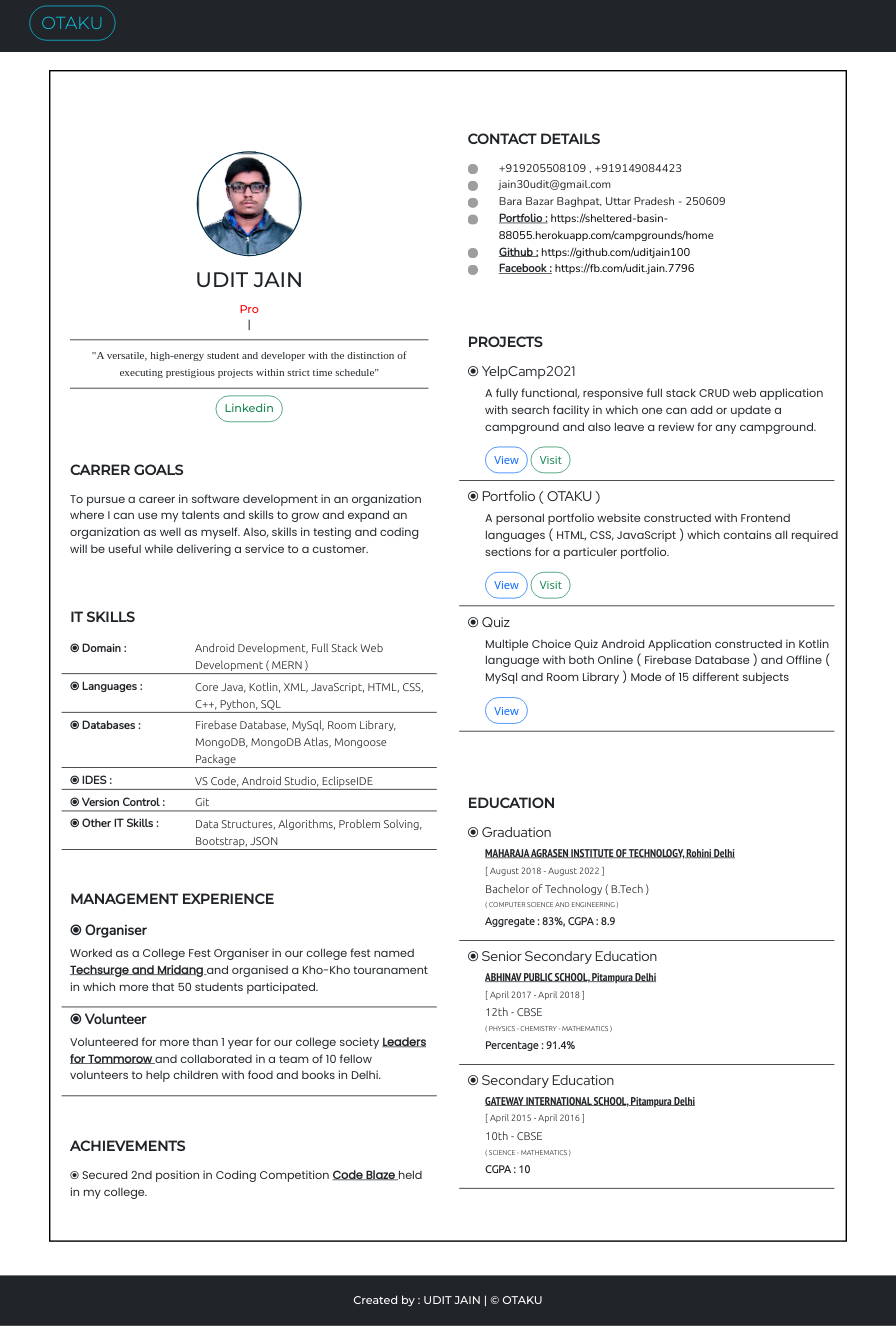
Repository: uditjain100/Responsive-Resume
Page: index.html
The author's editor kept a copy of each file at every save. The page is drawn from the files as they stood at one save, then again after the next save.
The browser window is 1280 px wide. The pictures show the whole page, at 70% of full size.
Pictures or frames that could not be fetched are drawn as grey boxes. Some web fonts or font styles are not loaded; a fallback is used. Some web libraries are served in a nearby version.

Above is the page before, as saved 2021-03-03 10:14:52.

### index.html
<!DOCTYPE html>
<html lang="en">
  <head>
    <meta charset="UTF-8" />
    <meta http-equiv="X-UA-Compatible" content="IE=edge" />
    <meta name="viewport" content="width=device-width, initial-scale=1.0" />
    <title>RESUME : Udit Jain</title>
    <link rel="stylesheet" href="app.css" />
    <script
      src="https://code.jquery.com/jquery-3.5.1.min.js"
      integrity="sha256-9/aliU8dGd2tb6OSsuzixeV4y/faTqgFtohetphbbj0="
      crossorigin="anonymous"
    ></script>
    <link
      href="https://cdn.jsdelivr.net/npm/bootstrap@5.0.0-beta1/dist/css/bootstrap.min.css"
      rel="stylesheet"
      integrity="sha384-giJF6kkoqNQ00vy+HMDP7azOuL0xtbfIcaT9wjKHr8RbDVddVHyTfAAsrekwKmP1"
      crossorigin="anonymous"
    />

    <link rel="preconnect" href="https://fonts.gstatic.com" />
    <link
      href="https://fonts.googleapis.com/css2?family=Montserrat:wght@300;500&display=swap"
      rel="stylesheet"
    />
    <link
      href="https://fonts.googleapis.com/css2?family=Roboto+Slab:wght@300&display=swap"
      rel="stylesheet"
    />
    <link
      href="https://fonts.googleapis.com/css2?family=Spartan:wght@500&display=swap"
      rel="stylesheet"
    />
    <link
      href="https://fonts.googleapis.com/css2?family=Red+Hat+Display&display=swap"
      rel="stylesheet"
    />
    <link
      href="https://fonts.googleapis.com/css2?family=Ubuntu:wght@300&display=swap"
      rel="stylesheet"
    />
    <link
      href="https://fonts.googleapis.com/css2?family=Quicksand:wght@700&display=swap"
      rel="stylesheet"
    />
    <link
      href="https://fonts.googleapis.com/css2?family=Nunito&display=swap"
      rel="stylesheet"
    />
    <link
      href="https://fonts.googleapis.com/css2?family=Akaya+Kanadaka&display=swap"
      rel="stylesheet"
    />
    <link
      href="https://fonts.googleapis.com/css2?family=Akaya+Kanadaka&family=PT+Sans+Narrow:wght@700&display=swap"
      rel="stylesheet"
    />
    <link
      href="https://fonts.googleapis.com/css2?family=Poppins:wght@400&display=swap"
      rel="stylesheet"
    />
  </head>
  <body>
    <header class="header">
      <nav class="navbar navbar-expand-lg navbar-light bg-dark pb-3 fixed-top">
        <div class="container-fluid">
          <a
            id="navtitle"
            class="navbar-brand text-info px-3 rounded-pill border border-info"
            href="#"
            >OTAKU</a
          >
        </div>
      </nav>
    </header>

    <div class="container">
      <div id="wholewindow" class="row">
        <div id="leftwindow" class="col-6">
          <div id="namebox" style="border: none" class="card my-4">
            <img
              id="profileimg"
              src="profile.jpg"
              class="card-img-top"
              alt="..."
            />
            <div class="card-body">
              <h3 class="card-title" style="font-size: 30px; font-weight: 400">
                UDIT JAIN
              </h3>
              <h6 class="card-subtitle mx-auto"></h6>
              <p id="summary">
                "A versatile, high-energy student and developer with the
                distinction of executing prestigious projects within strict time
                schedule"
              </p>
              <a
                href="https://linkedin.com/in/udit-jain-8a38a016a/"
                class="btn btn-outline-success rounded-pill"
                >Linkedin</a
              >
            </div>
          </div>
          <div id="goalbox" style="border: none" class="card my-4">
            <div class="card-body">
              <h3 class="card-title">CARRER GOALS</h3>
              <p>
                To pursue a career in software development in an organization
                where I can use my talents and skills to grow and expand an
                organization as well as myself. Also, skills in testing and
                coding will be useful while delivering a service to a customer.
              </p>
            </div>
          </div>
          <div id="itskillsbox" style="border: none" class="card my-4">
            <div class="card-body">
              <h3 class="card-title">IT SKILLS</h3>
              <ul class="list-group">
                <li id="itskillsitem" class="row">
                  <span class="col-4" id="que">⦿ Domain : </span>
                  <span class="col-8" id="ans"
                    >Android Development, Full Stack Web Development ( MERN
                    )</span
                  >
                </li>
                <li id="itskillsitem" class="row">
                  <span class="col-4" id="que">⦿ Languages : </span>
                  <span class="col-8" id="ans"
                    >Core Java, Kotlin, XML, JavaScript, HTML, CSS, C++, Python,
                    SQL</span
                  >
                </li>
                <li id="itskillsitem" class="row">
                  <span class="col-4" id="que">⦿ Databases : </span>
                  <span class="col-8" id="ans"
                    >Firebase Database, MySql, Room Library, MongoDB, MongoDB
                    Atlas, Mongoose Package</span
                  >
                </li>
                <li id="itskillsitem" class="row">
                  <span class="col-4" id="que">⦿ IDES : </span>
                  <span class="col-8" id="ans"
                    >VS Code, Android Studio, EclipseIDE</span
                  >
                </li>
                <li id="itskillsitem" class="row">
                  <span class="col-4" id="que">⦿ Version Control : </span>
                  <span class="col-8" id="ans">Git</span>
                </li>
                <li id="itskillsitem" class="row">
                  <span class="col-4" id="que">⦿ Other IT Skills : </span>
                  <span class="col-8" id="ans"
                    >Data Structures, Algorithms, Problem Solving, Bootstrap,
                    JSON</span
                  >
                </li>
              </ul>
            </div>
          </div>
          <div id="managementskillsbox" style="border: none" class="card my-4">
            <div class="card-body">
              <h3 class="card-title">MANAGEMENT EXPERIENCE</h3>
              <ul class="list-group">
                <li id="managementskillsitem" class="row">
                  <h5 id="que" class="display-10">⦿ Organiser</h5>
                  <p>
                    Worked as a College Fest Organiser in our college fest named
                    <span style="font-weight: 700; text-decoration: underline"
                      >Techsurge and Mridang
                    </span>
                    and organised a Kho-Kho touranament in which more that 50
                    students participated.
                  </p>
                </li>
                <li id="managementskillsitem" class="row">
                  <h5 id="que" class="display-10">⦿ Volunteer</h5>
                  <p>
                    Volunteered for more than 1 year for our college society
                    <span style="font-weight: 700; text-decoration: underline"
                      >Leaders for Tommorow </span
                    >and collaborated in a team of 10 fellow volunteers to help
                    children with food and books in Delhi.
                  </p>
                </li>
              </ul>
            </div>
          </div>
          <div id="achievementsbox" style="border: none" class="card my-4">
            <div class="card-body">
              <h3 class="card-title">ACHIEVEMENTS</h3>
              <ul class="list-group">
                <li id="achievementitem" class="row">
                  <p>
                    ⦿ Secured 2nd position in Coding Competition
                    <span style="font-weight: 700; text-decoration: underline"
                      >Code Blaze
                    </span>
                    held in my college.
                  </p>
                </li>
              </ul>
            </div>
          </div>
        </div>
        <div id="rightwindow" class="col-6">
          <div id="contactbox" style="border: none" class="card my-5">
            <div class="card-body">
              <h3 class="card-title">CONTACT DETAILS</h3>
              <ul class="list-group">
                <li id="contactitem" class="row">
                  <div class="col-1">
                    <img
                      src="https://cdn.jsdelivr.net/npm/simple-icons@3.0.1/icons/android.svg"
                      alt=""
                    />
                  </div>
                  <div class="col-11">+919205508109 , +919149084423</div>
                </li>
                <li id="contactitem" class="row">
                  <div class="col-1">
                    <img
                      src="https://cdn.jsdelivr.net/npm/simple-icons@3.0.1/icons/gmail.svg"
                      alt=""
                    />
                  </div>
                  <div class="col-11">jain30udit@gmail.com</div>
                </li>
                <li id="contactitem" class="row">
                  <div class="col-1">
                    <img
                      src="https://cdn.jsdelivr.net/npm/simple-icons@3.0.1/icons/googlemaps.svg"
                      alt=""
                    />
                  </div>
                  <div class="col-11">
                    Bara Bazar Baghpat, Uttar Pradesh - 250609
                  </div>
                </li>
                <li id="contactitem" class="row">
                  <div class="col-1">
                    <img
                      src="https://cdn.jsdelivr.net/npm/simple-icons@4.13.0/icons/webpack.svg"
                      alt=""
                    />
                  </div>
                  <div style="text-align: left; margin-left: 0" class="col-11">
                    <span style="text-decoration: underline; font-weight: 800"
                      >Portfolio :</span
                    >
                    <a
                      href="https://sheltered-basin-88055.herokuapp.com/campgrounds/home"
                      ><span
                        >https://sheltered-basin-88055.herokuapp.com/campgrounds/home</span
                      ></a
                    >
                  </div>
                </li>
                <li id="contactitem" class="row">
                  <div class="col-1">
                    <img
                      src="https://cdn.jsdelivr.net/npm/simple-icons@4.13.0/icons/github.svg"
                      alt=""
                    />
                  </div>
                  <div style="text-align: left; margin-left: 0" class="col-11">
                    <span style="text-decoration: underline; font-weight: 800"
                      >Github :</span
                    >
                    <a href="https://github.com/uditjain100"
                      ><span>https://github.com/uditjain100</span></a
                    >
                  </div>
                </li>
                <li id="contactitem" class="row">
                  <div class="col-1">
                    <img
                      src="https://cdn.jsdelivr.net/npm/simple-icons@4.13.0/icons/facebook.svg"
                      alt=""
                    />
                  </div>
                  <div style="text-align: left; margin-left: 0" class="col-11">
                    <span style="text-decoration: underline; font-weight: 800"
                      >Facebook :</span
                    >
                    <a href="https://fb.com/udit.jain.7796"
                      ><span>https://fb.com/udit.jain.7796</span></a
                    >
                  </div>
                </li>
              </ul>
            </div>
          </div>
          <div id="projectbox" style="border: none" class="card my-5">
            <div class="card-body">
              <h3 class="card-title">PROJECTS</h3>
              <ul class="list-group">
                <li id="projectitem" class="row">
                  <h5 id="projecttitle" class="display-10">⦿ YelpCamp2021</h5>
                  <div id="projectdetails">
                    <p>
                      A fully functional, responsive full stack CRUD web
                      application with search facility in which one can add or
                      update a campground and also leave a review for any
                      campground.
                    </p>
                    <span>
                      <a
                        href="https://github.com/uditjain100/YelpCamp2021"
                        class="btn btn-outline-primary rounded-pill"
                        >View</a
                      >
                      <a
                        href="https://sheltered-basin-88055.herokuapp.com/campgrounds/home"
                        class="btn btn-outline-success rounded-pill"
                        >Visit</a
                      >
                    </span>
                  </div>
                </li>
                <li id="projectitem" class="row">
                  <h5 id="projecttitle" class="display-10">
                    ⦿ Portfolio ( OTAKU )
                  </h5>
                  <div id="projectdetails">
                    <p>
                      A personal portfolio website constructed with Frontend
                      languages ( HTML, CSS, JavaScript ) which contains all
                      required sections for a particuler portfolio.
                    </p>
                    <span>
                      <a
                        href="https://github.com/uditjain100/Portfolio"
                        class="btn btn-outline-primary rounded-pill"
                        >View</a
                      >
                      <a
                        href="https://sheltered-basin-88055.herokuapp.com/campgrounds/home"
                        class="btn btn-outline-success rounded-pill"
                        >Visit</a
                      >
                    </span>
                  </div>
                </li>
                <li id="projectitem" class="row">
                  <h5 id="projecttitle" class="display-10">⦿ Quiz</h5>
                  <div id="projectdetails">
                    <p>
                      Multiple Choice Quiz Android Application constructed in
                      Kotlin language with both Online ( Firebase Database ) and
                      Offline ( MySql and Room Library ) Mode of 15 different
                      subjects
                    </p>
                    <span>
                      <a
                        href="https://github.com/uditjain100/Quiz"
                        class="btn btn-outline-primary rounded-pill"
                        >View</a
                      >
                    </span>
                  </div>
                </li>
              </ul>
            </div>
          </div>
          <div id="educationbox" style="border: none" class="card my-5">
            <div class="card-body">
              <h3 class="card-title">EDUCATION</h3>
              <ul class="list-group">
                <li id="educationitem" class="row">
                  <h5 id="educationtitle" class="display-10">⦿ Graduation</h5>
                  <div id="details" style="margin-left: 25px">
                    <h6
                      id="institutename"
                      style="font-family: 'PT Sans Narrow'"
                      class="display-12"
                    >
                      MAHARAJA AGRASEN INSTITUTE OF TECHNOLOGY, Rohini Delhi
                    </h6>
                    <h6
                      class="text-fade"
                      id="timestamp"
                      style="font-weight: 400"
                    >
                      [ August 2018 - August 2022 ]
                    </h6>
                    <h6 id="stream">Bachelor of Technology ( B.Tech )</h6>
                    <h6 id="subjects">( COMPUTER SCIENCE AND ENGINEERING )</h6>
                    <h6 id="marks">Aggregate : 83%, CGPA : 8.9</h6>
                  </div>
                </li>
                <li id="educationitem" class="row">
                  <h5 id="educationtitle" class="display-10">
                    ⦿ Senior Secondary Education
                  </h5>
                  <div id="details" style="margin-left: 25px">
                    <h6
                      id="institutename"
                      style="font-family: 'PT Sans Narrow'"
                      class="display-12"
                    >
                      ABHINAV PUBLIC SCHOOL, Pitampura Delhi
                    </h6>
                    <h6
                      class="text-fade"
                      id="timestamp"
                      style="font-weight: 400"
                    >
                      [ April 2017 - April 2018 ]
                    </h6>
                    <h6 id="stream">12th - CBSE</h6>
                    <h6 id="subjects">( PHYSICS - CHEMISTRY - MATHEMATICS )</h6>
                    <h6 id="marks">Percentage : 91.4%</h6>
                  </div>
                </li>
                <li id="educationitem" class="row">
                  <h5 id="educationtitle" class="display-10">
                    ⦿ Secondary Education
                  </h5>
                  <div id="details" style="margin-left: 25px">
                    <h6
                      id="institutename"
                      style="font-family: 'PT Sans Narrow'"
                      class="display-12"
                    >
                      GATEWAY INTERNATIONAL SCHOOL, Pitampura Delhi
                    </h6>
                    <h6
                      class="text-fade"
                      id="timestamp"
                      style="font-weight: 400"
                    >
                      [ April 2015 - April 2016 ]
                    </h6>
                    <h6 id="stream">10th - CBSE</h6>
                    <h6 id="subjects">( SCIENCE - MATHEMATICS )</h6>
                    <h6 id="marks">CGPA : 10</h6>
                  </div>
                </li>
              </ul>
            </div>
          </div>
        </div>
      </div>
    </div>

    <footer class="footer bg-dark mt-5 py-4">
      <div class="container">
        <span class="" style="text-align: center"
          >Created by : UDIT JAIN | &copy; OTAKU</span
        >
      </div>
    </footer>

    <script
      src="https://cdn.jsdelivr.net/npm/@popperjs/core@2.6.0/dist/umd/popper.min.js"
      integrity="sha384-KsvD1yqQ1/1+IA7gi3P0tyJcT3vR+NdBTt13hSJ2lnve8agRGXTTyNaBYmCR/Nwi"
      crossorigin="anonymous"
    ></script>
    <script
      src="https://cdn.jsdelivr.net/npm/bootstrap@5.0.0-beta2/dist/js/bootstrap.min.js"
      integrity="sha384-nsg8ua9HAw1y0W1btsyWgBklPnCUAFLuTMS2G72MMONqmOymq585AcH49TLBQObG"
      crossorigin="anonymous"
    ></script>

    <script src="https://cdnjs.cloudflare.com/ajax/libs/typed.js/2.0.11/typed.min.js"></script>

    <script src="app.js"></script>
  </body>
</html>

### app.css
/* * Common Section */

@keyframes transitionIn {
  from {
    opacity: 0;
    transform: rotateY(-10deg);
  }
  to {
    opacity: 1;
    transform: rotateY(0);
  }
}

html {
  animation: transitionIn 1s;
}

/* * Navbar Section */

#navtitle {
  font-family: "Montserrat";
  font-size: 25px;
  font-weight: 300;
  margin-left: 30px;
}

/*  ********************* resume work */

#wholewindow {
  margin-top: 100px;
  border: 2px black solid;
  display: flex;
  flex-direction: row;
  flex-wrap: wrap;
  justify-content: space-evenly;
  /* align-items: center; */
}

#leftwindow {
  margin-top: 80px;
  min-width: 250px;
}

#rightwindow {
  margin-top: 20px;
  min-width: 250px;
}

#namebox {
  display: flex;
  flex-direction: column;
  flex-wrap: wrap;
  align-items: center;
  text-align: center;
  font-family: "Montserrat";
}

#profileimg {
  width: 150px;
  height: 150px;
  border-radius: 50%;
  border: 2px #003049 solid;
  margin-top: 10px;
}
#summary {
  font-family: "Akaya Kanadaka";
  margin-top: 10px;
  margin-bottom: 10px;
  padding-top: 10px;
  padding-bottom: 10px;

  border-bottom: 1px black solid;
  border-top: 1px black solid;
}

.card-subtitle {
  color: red;
}

#itskillsitem,
#managementskillsitem {
  border-bottom: 1px black solid;
  margin-top: 3px;
  margin-bottom: 3px;
}

#que {
  font-family: "Nunito";
  font-weight: 900;
  text-align: left;
}

#ans {
  font-family: "Ubuntu";
  font-weight: 400;
  text-align: left;
}

li img {
  width: 15px;
  height: 15px;
  border-radius: 50%;
  margin-right: 5px;
}

#contactitem {
  font-family: "Nunito";
}

#contactitem div a {
  color: black;
  text-decoration: none;
  transition: 0.3s;
}

#contactitem div a:hover {
  color: dodgerblue;
  text-decoration: underline;
}

#educationtitle {
  font-family: "Red Hat Display";
  font-weight: 200;
}

#educationitem,
#projectitem {
  margin-bottom: 10px;
  padding-bottom: 10px;
  border-bottom: 1px black solid;
}

#details {
  font-family: "Ubuntu";
}

#institutename {
  text-decoration: underline;
}

#timestamp {
  font-size: 13px;
}

#stream {
  font-size: 16px;
  font-weight: 400;
}

#subjects {
  font-size: 10px;
  font-weight: 300;
}

#marks {
  font-size: 15px;
  font-weight: 700;
}

#projecttitle {
  font-family: "Red Hat Display";
  font-weight: 400;
}

#projectdetails {
  margin-left: 25px;
}

p {
  font-family: "Poppins";
}

.card {
  background-color: black;
}

.card-title {
  font-family: "Montserrat";
  font-weight: 900;
  font-size: 20px;
  padding-bottom: 10px;
  border: none;
}

/* * Common Section */

.footer {
  position: -webkit-sticky;
  left: 0;
  bottom: 0;
  width: 100%;
  color: white;
  text-align: center;
  font-family: "Montserrat";
}

### app.js
var typed = new Typed(".card-subtitle", {
  strings: ["Student", "Programmer", "Developer", "Engineer"],
  typeSpeed: 100,
  backSpeed: 60,
  loop: true,
});

After the next save:
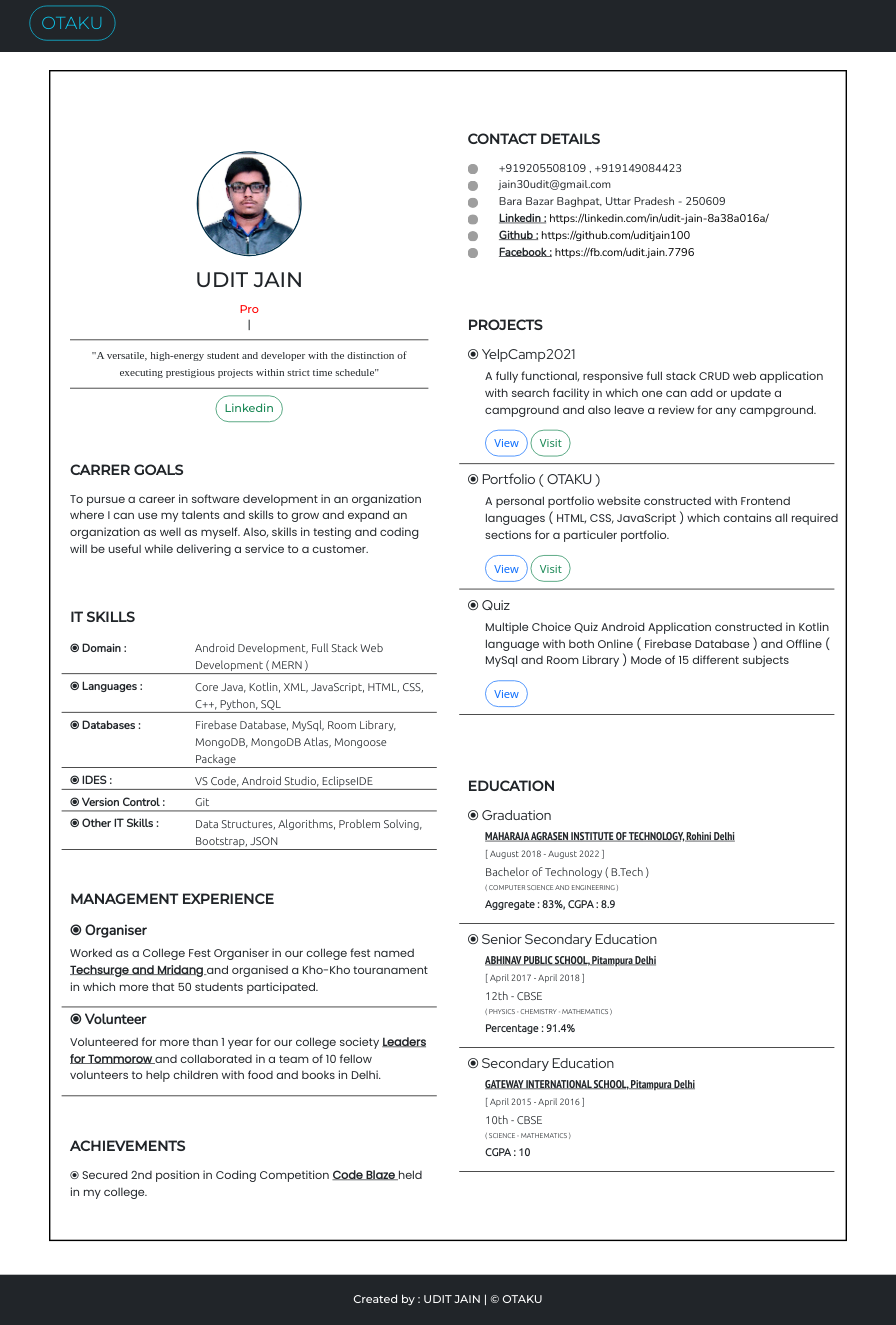
Saved 90 s later.
--- a/index.html
+++ b/index.html
@@ -245,12 +245,11 @@
                   </div>
                   <div style="text-align: left; margin-left: 0" class="col-11">
                     <span style="text-decoration: underline; font-weight: 800"
-                      >Portfolio :</span
-                    >
-                    <a
-                      href="https://sheltered-basin-88055.herokuapp.com/campgrounds/home"
+                      >Linkedin :</span
+                    >
+                    <a href="https://linkedin.com/in/udit-jain-8a38a016a/"
                       ><span
-                        >https://sheltered-basin-88055.herokuapp.com/campgrounds/home</span
+                        >https://linkedin.com/in/udit-jain-8a38a016a/</span
                       ></a
                     >
                   </div>
